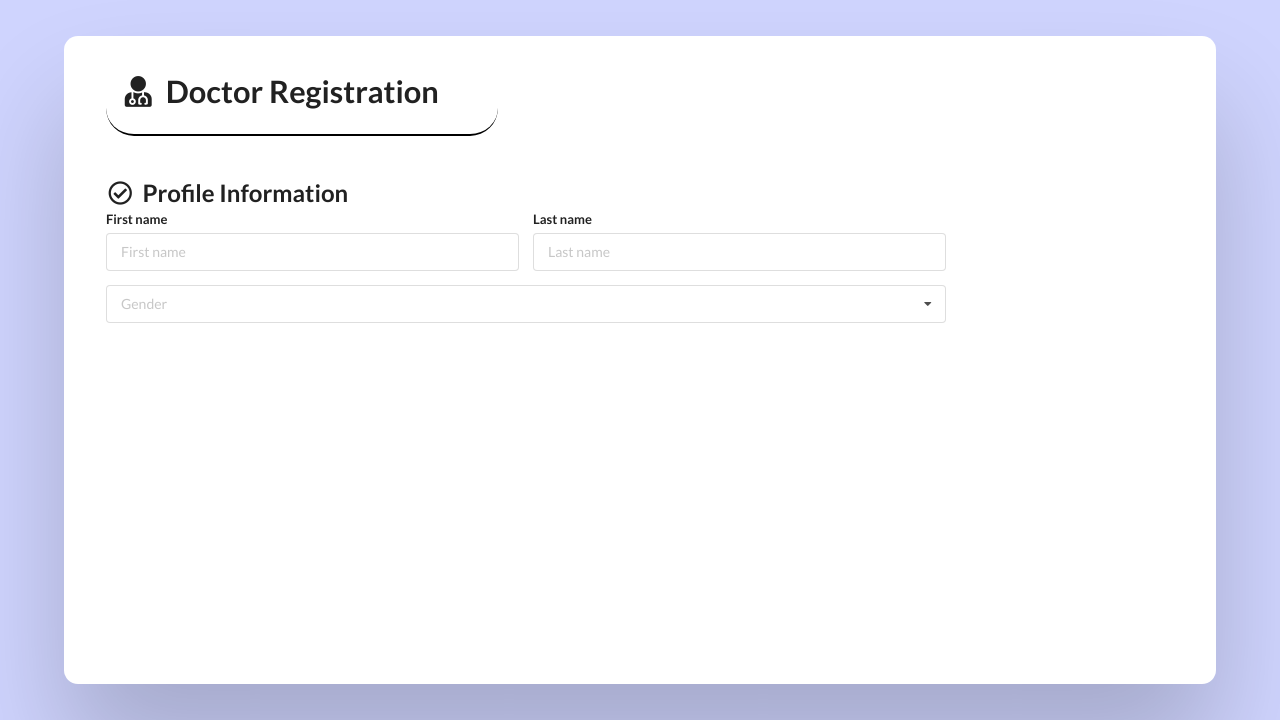
Repository: ajayaj2001/healthcare-digitization
Page: /doctorRegister
These files come from the project's save history. The page is drawn as it stood at one moment and after the next save; the edit follows.
The browser window is 1280 px wide. The pictures show the whole page.
The project was rebuilt for these pictures with package versions that can differ from the ones it lists, and the page was loaded fresh each time. Also part of the build but not shown: src/component/userType/UserType.scss, src/component/userType/UserType.js, src/component/login/Login.scss, src/component/login/loginForm/LoginForm.scss, src/component/login/loginForm/LoginForm.js, src/component/login/Login.js, src/component/register/Register.scss, src/component/register/registerForm/RegisterForm.scss and 2 more.

Above is the page before, as saved 2021-03-13 11:40:35.

After the next save:
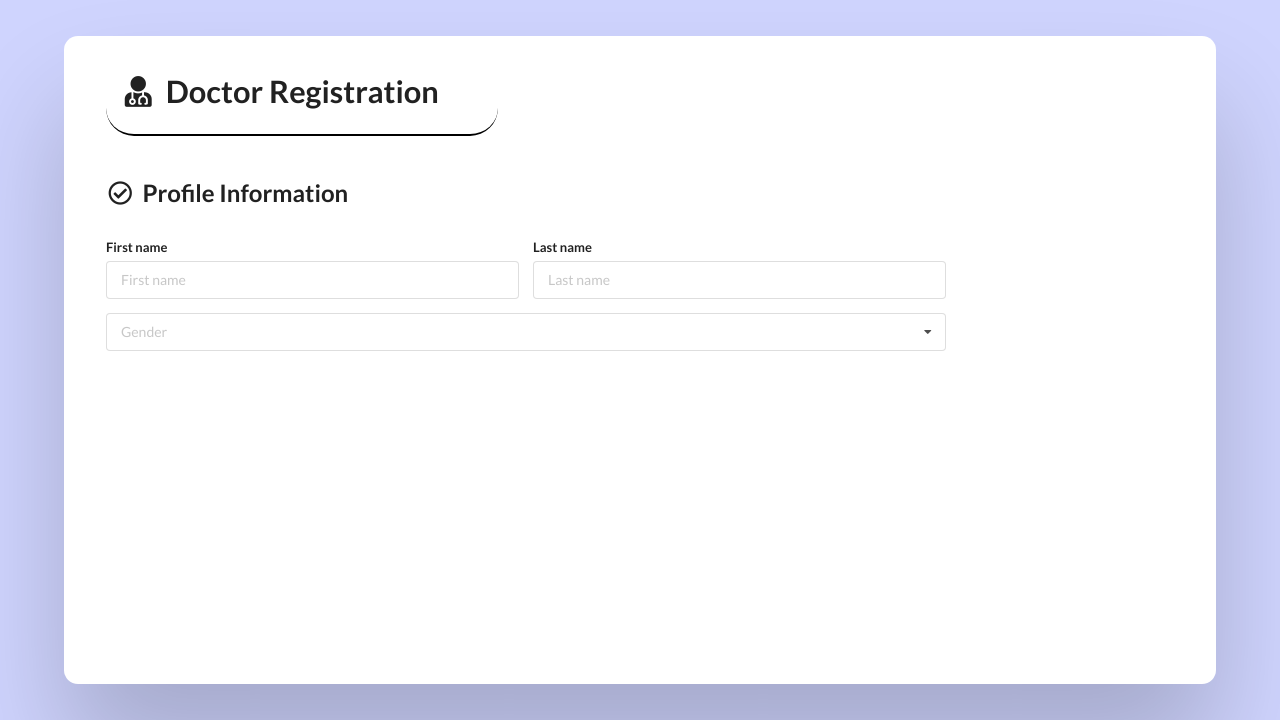
Saved 15 s later.
--- a/src/component/doctorRegister/DoctorRegister.scss
+++ b/src/component/doctorRegister/DoctorRegister.scss
@@ -27,4 +27,7 @@
        border-radius: 2rem;
 
    }
+   &__subheading{
+       margin-bottom: 2rem;
+   }
 }
